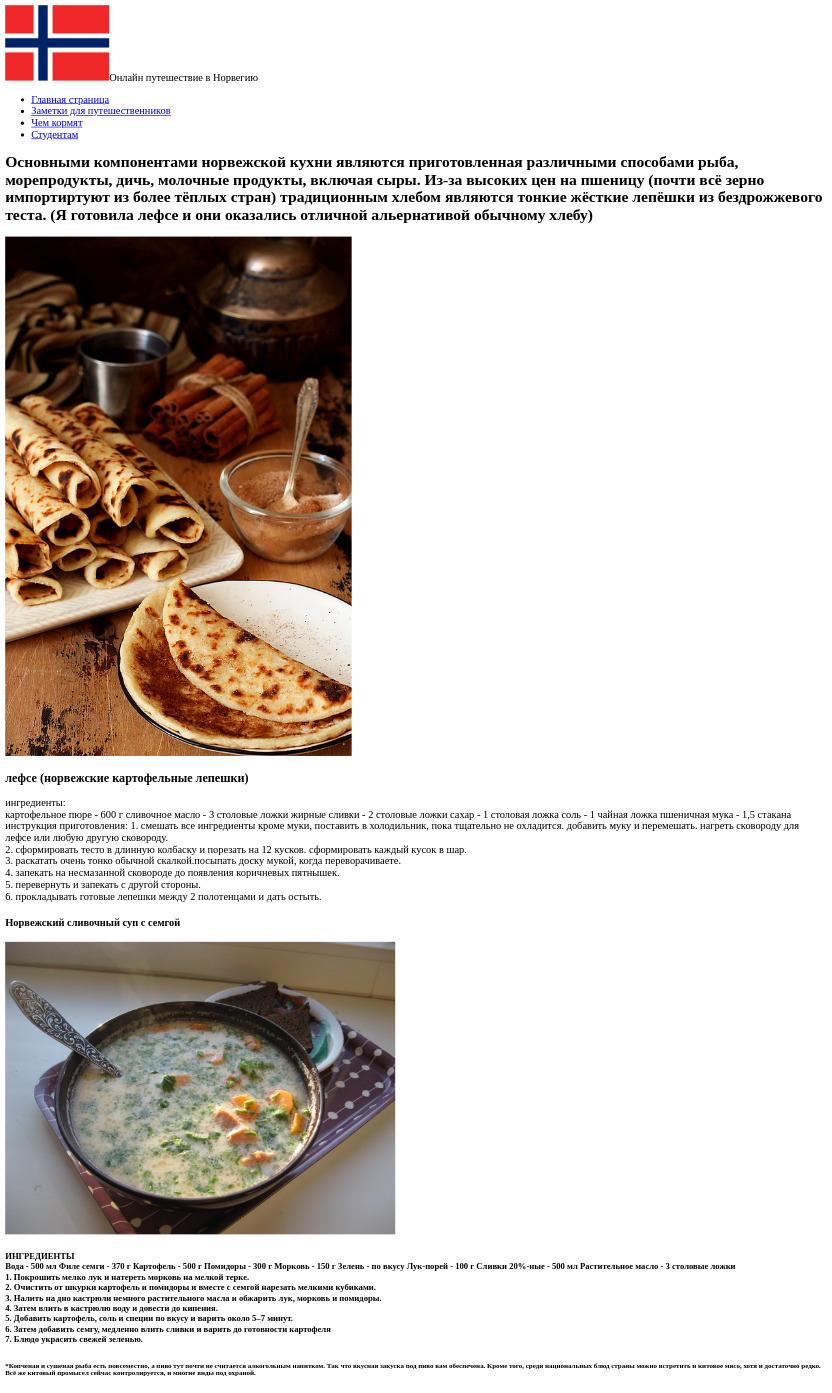
Repository: ryabinina-ekaterina/ryabinina-ekaterina.githab.io
Page: week11/week1.html
The author's editor kept a record of every edit. The page is drawn from the files as they stood at one moment, then again after the next edit.
The browser window is 1280 px wide. The pictures show the whole page, at 65% of full size.

Above is the page before.

After the next edit:
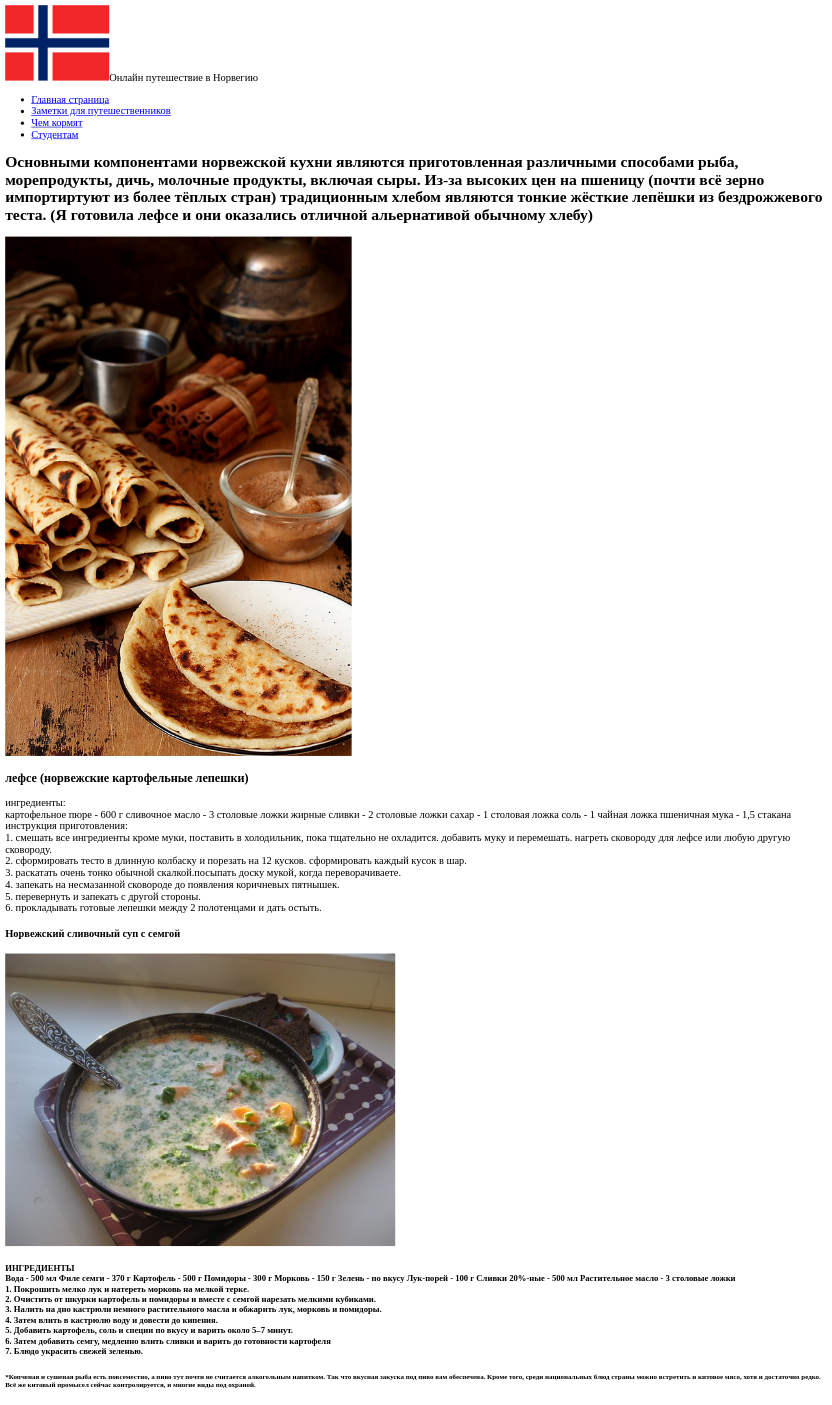
The edit:
--- a/week11/week1.html
+++ b/week11/week1.html
@@ -37,7 +37,10 @@
 пшеничная мука - 1,5 стакана
 
 инструкция приготовления:
-
+ </main>
+        <div>
+ </main>
+        <div>
 1. смешать все ингредиенты кроме муки, поставить в холодильник, пока тщательно не охладится. добавить муку и перемешать. нагреть сковороду для лефсе или любую другую сковороду.
  </main>
         <div>
